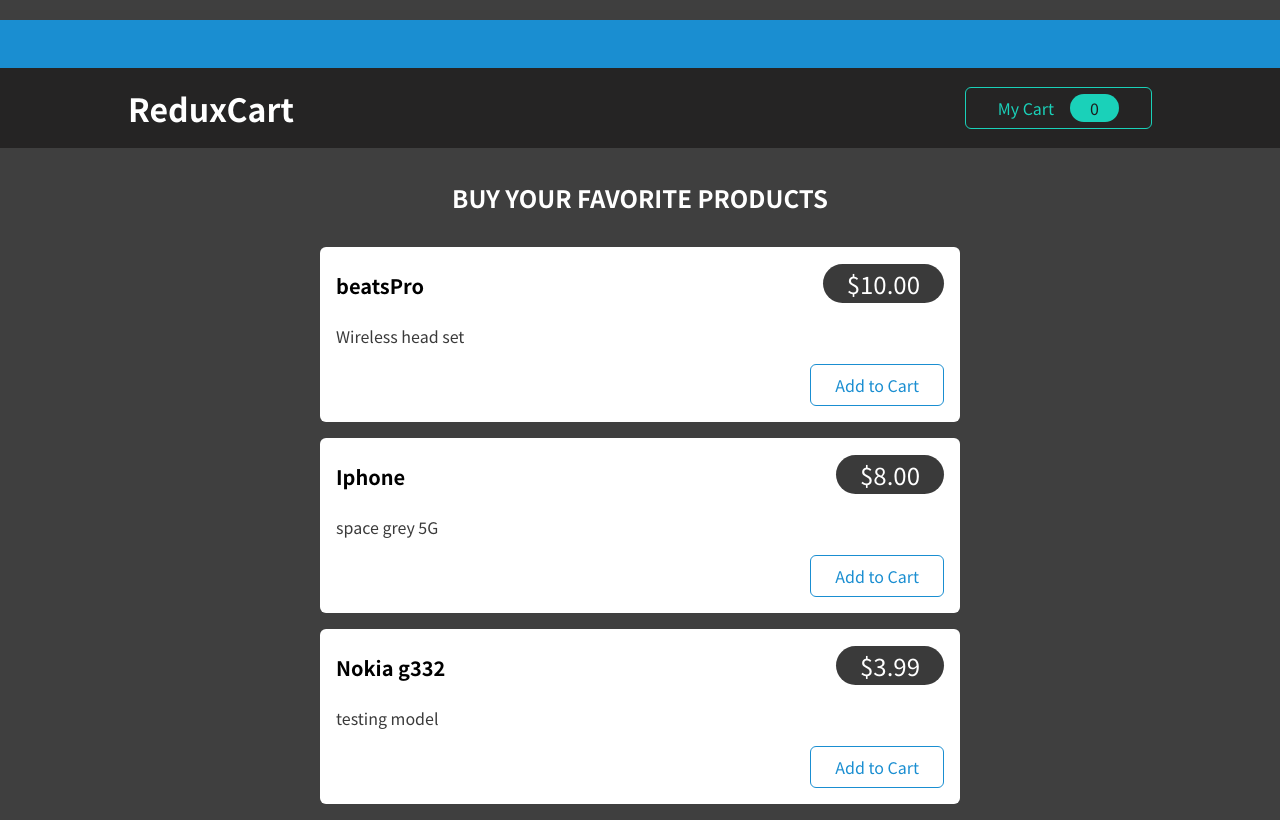
Repository: NamalPathirana/Redux-two-async
Page: /
These files come from the project's save history. The page is drawn as it stood at one moment and after the next save; the edit follows.
The browser window is 1280 px wide. The pictures show the whole page.
The page's requests for data from a server got no answer. The project was rebuilt for these pictures with package versions that can differ from the ones it lists, and the page was loaded fresh each time. No one was signed in, and anything a server would have sent is missing. Also part of the build but not shown: src/components/Cart/Cart.module.css, src/components/Cart/CartItem.module.css, src/components/Cart/CartItem.js, src/components/Cart/Cart.js.

Above is the page before, as saved 2022-04-14 23:51:04.

After the next save:
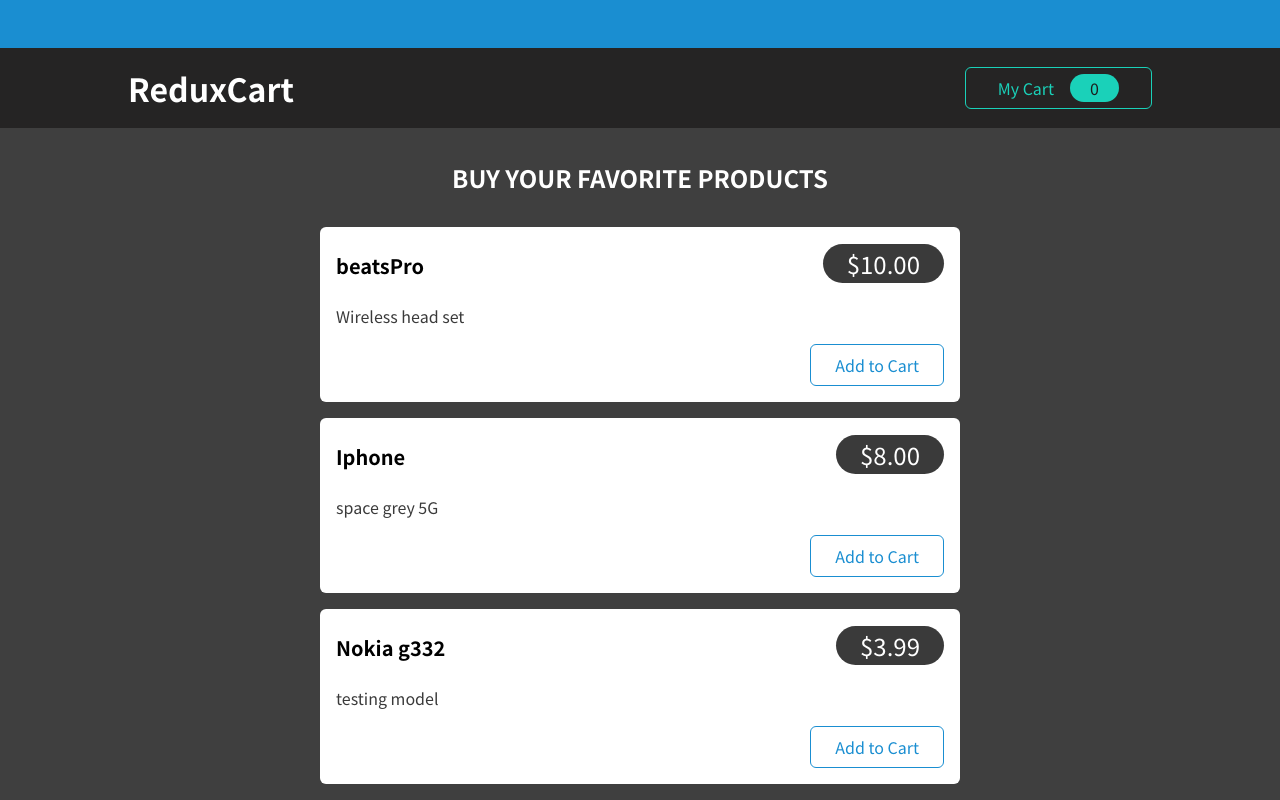
Saved 15 s later.
--- a/src/components/UI/Notification.module.css
+++ b/src/components/UI/Notification.module.css
@@ -1,6 +1,10 @@
 .notification{
-    background-color: #1a8ed1;
     width: 100%;
     height: 3rem;
-    margin: 0%;
+    background-color: #1a8ed1;
+    display: flex;
+    justify-content: space-between;
+    padding: 0.5rem 10%;
+    align-items: center;
+    color: white;
 }

After the save that followed:
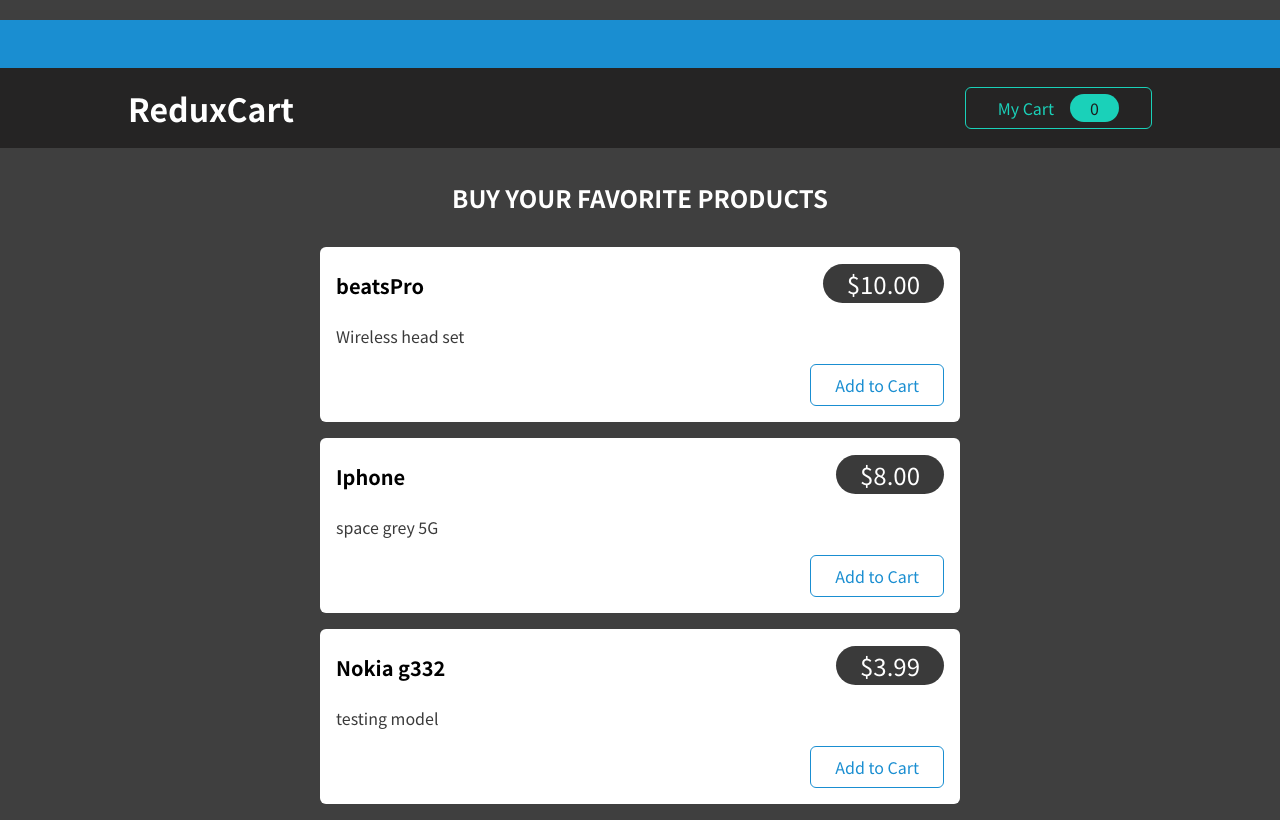
Saved 5 s later.
--- a/src/components/UI/Notification.module.css
+++ b/src/components/UI/Notification.module.css
@@ -1,10 +1,6 @@
 .notification{
+    background-color: #1a8ed1;
     width: 100%;
     height: 3rem;
-    background-color: #1a8ed1;
-    display: flex;
-    justify-content: space-between;
-    padding: 0.5rem 10%;
-    align-items: center;
-    color: white;
+    margin: 0%;
 }
